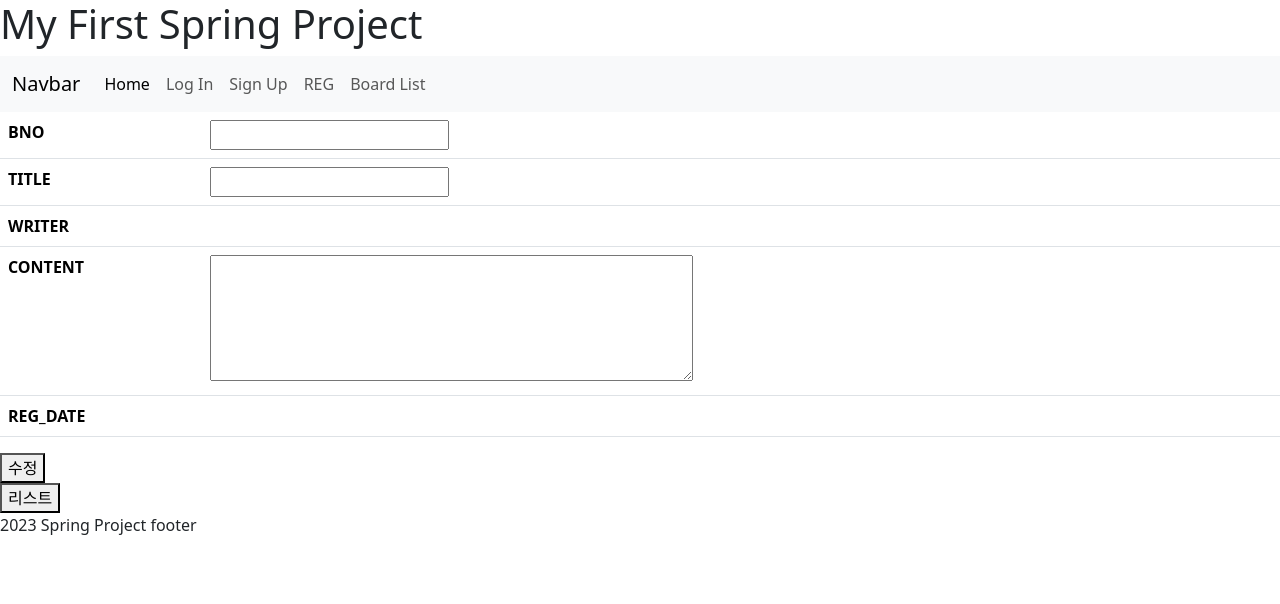
Repository: halsooitda/spring-xml
Page: http://localhost/spring-Test/WEB-INF/views/board/modify.jsp
These files come from the project's save history. The page is drawn as it stood at one moment and after the next save; the edit follows.
The browser window is 1280 px wide. The pictures show the whole page.
The page is served by Tomcat 9. Nobody is signed in. The template is opened directly, without the code that normally fills it, so the values that code supplies are empty.

Above is the page before, as saved 2023-10-16 11:15:47.

After the next save:
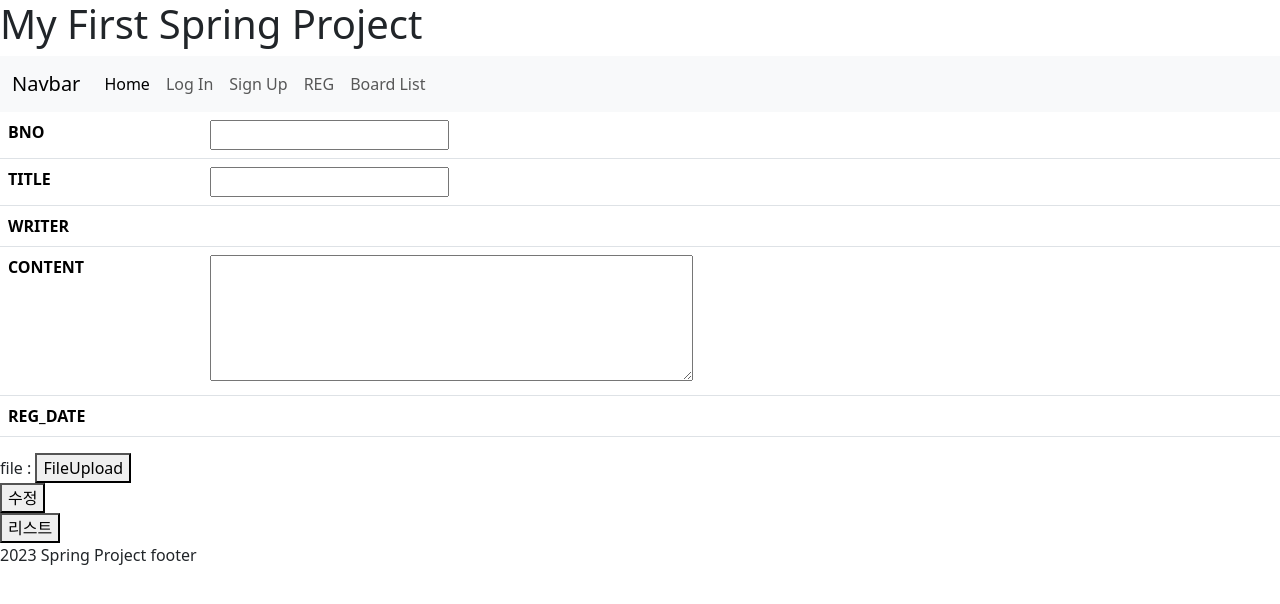
Saved 55 s later.
--- a/spring-Test/src/main/webapp/WEB-INF/views/board/modify.jsp
+++ b/spring-Test/src/main/webapp/WEB-INF/views/board/modify.jsp
@@ -68,6 +68,14 @@
 </div>
 
 <!-- 다시 파일 등록 라인 -->
+file : <input type="file" id="file" name="files" multiple="multiple" style="display:none">
+							 <!-- multiple:한번에 여러개의 파일을 등록할 때 사용 -->
+	<button type="button" id="trigger">FileUpload</button> <br>
+	<!-- FileUpload 누르면 파일선택을 누른 것과 같은 효과를 냈으면 함. -->
+	<div id="fileZone">
+		<!-- 어떤 파일을 선택했는지 차례대로 뜨도록 하는 공간 -->
+
+	</div>
 
 <button type="submit">수정</button>
 </form>
